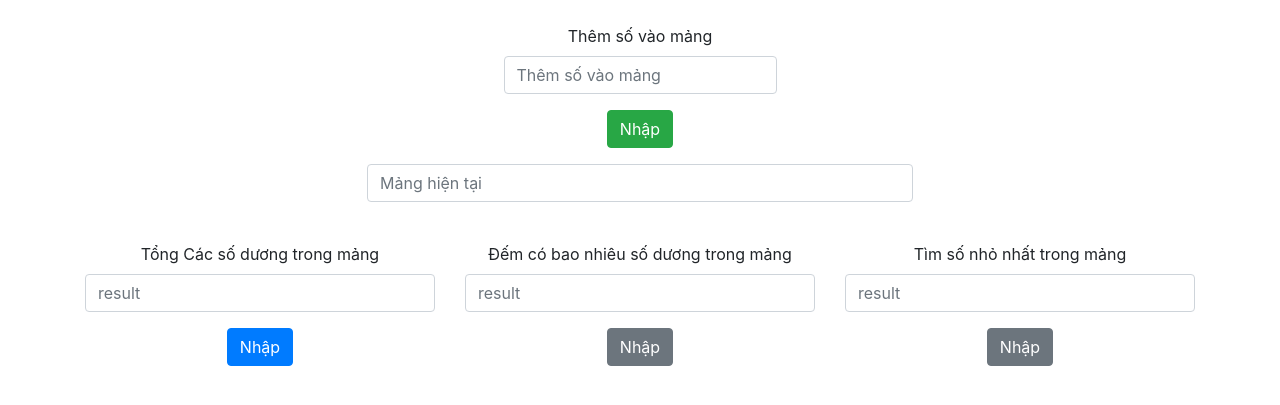
Repository: baobaodeveloper/bootcamp21__array__HuynhAnhBao
Page: index.html
The author's editor kept a copy of each file at every save. The page is drawn from the files as they stood at one save, then again after the next save.
The browser window is 1280 px wide. The pictures show the whole page.

Above is the page before, as saved 2022-03-20 17:03:18.

After the next save:
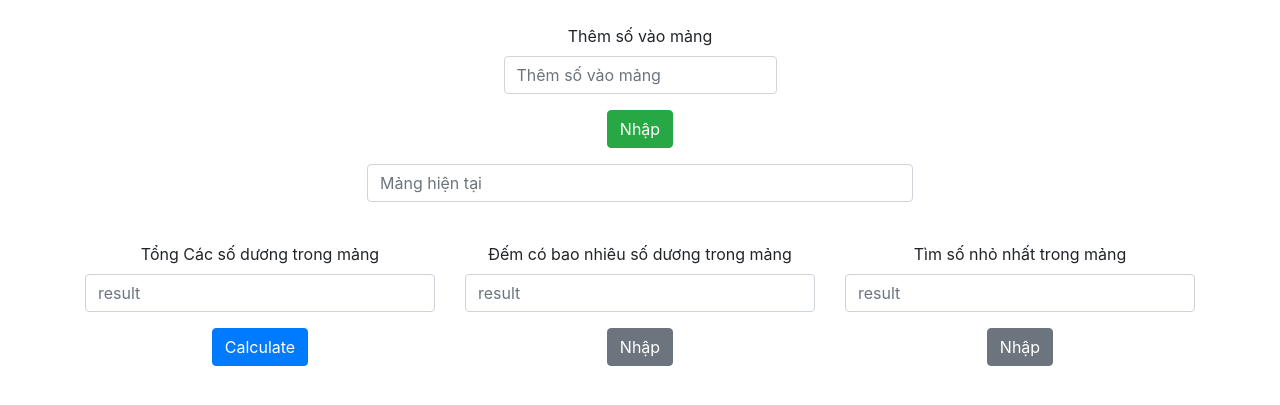
Saved 50 s later.
--- a/index.html
+++ b/index.html
@@ -52,7 +52,7 @@
             class="btn btn-primary m-3"
             id="calculate-total-positive"
           >
-            Nhập
+            Calculate
           </button>
         </div>
         <div class="col text-center">
